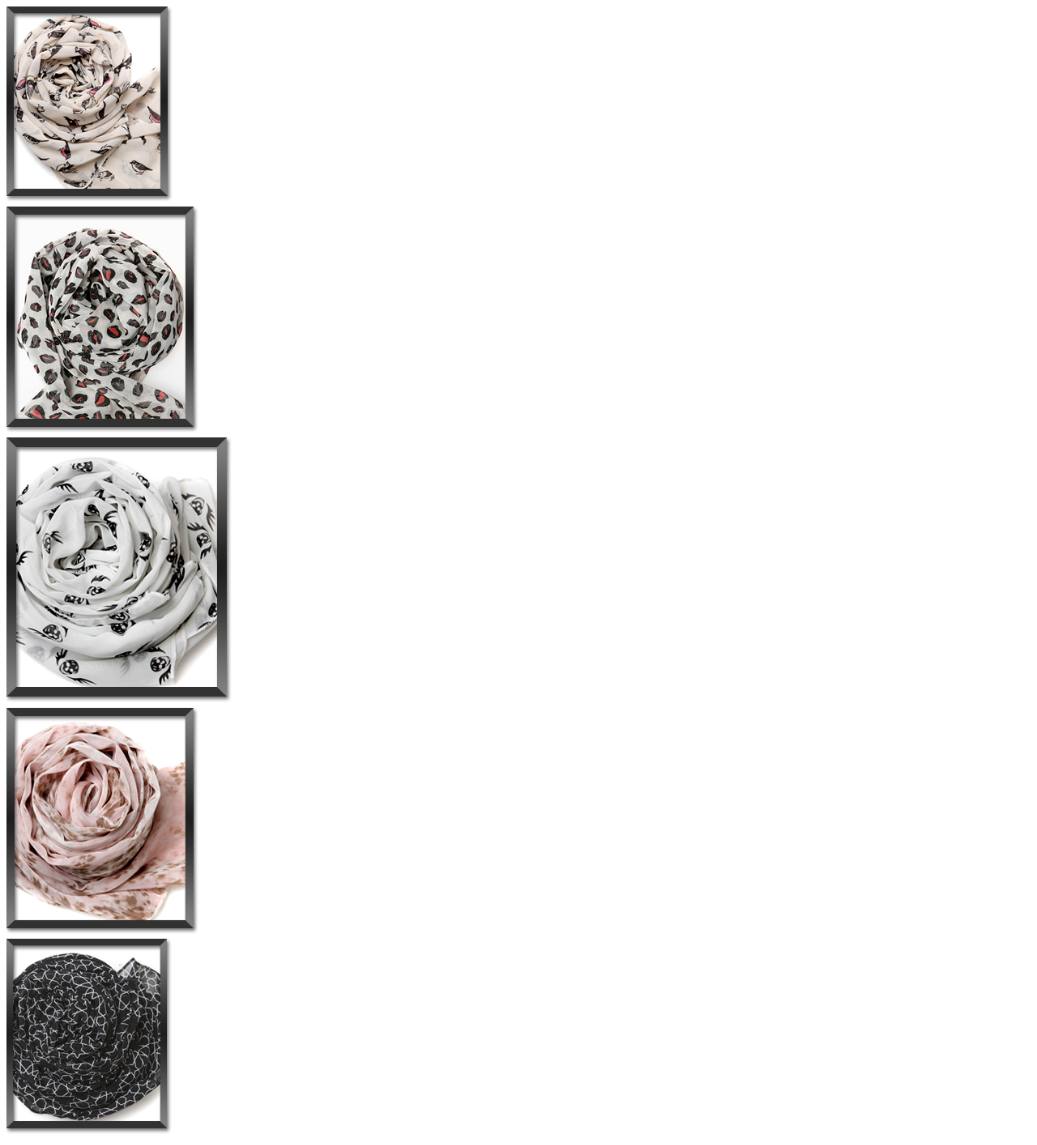
Repository: dudadab/Hhyundaiezwel_Academy
Page: CSS01/src/main/webapp/13_z-index.html
An editor plug-in stored every save of this project. The page is shown before and after the next save, followed by the edit.
The browser window is 1280 px wide. The pictures show the whole page, at 81% of full size.

Above is the page before, as saved 2025-07-02 01:50:21.

### CSS01/src/main/webapp/13_z-index.html
<!DOCTYPE html>
<html>
<head>
<meta charset="UTF-8">
        <title>이미지 레이어</title>
        <style type="text/css">
        #outBox{
			margin:0 auto;
        }
        #box1{

            left:25px;
            top:181px;


        }
        #box2{

            left:187px;
            top:155px;

        }
       #box3{

            left:369px;
            top:129px;

        }
        #box4{

            left:603px;
            top:155px;

        }
        #box5{

            left:795px;
            top:181px;

        }
		</style>
    </head>

   <body>
   	<div id="outBox">
        <div id="box1"><img src="/image/image/img1.png"></div>
        <div id="box2"><img src="/image/image/img2.png"></div>
        <div id="box3"><img src="/image/image/img3.png"></div>
        <div id="box4"><img src="/image/image/img4.png"></div>
        <div id="box5"><img src="/image/image/img5.png"></div>
  	 </div>
	</body>
</html>

After the next save:
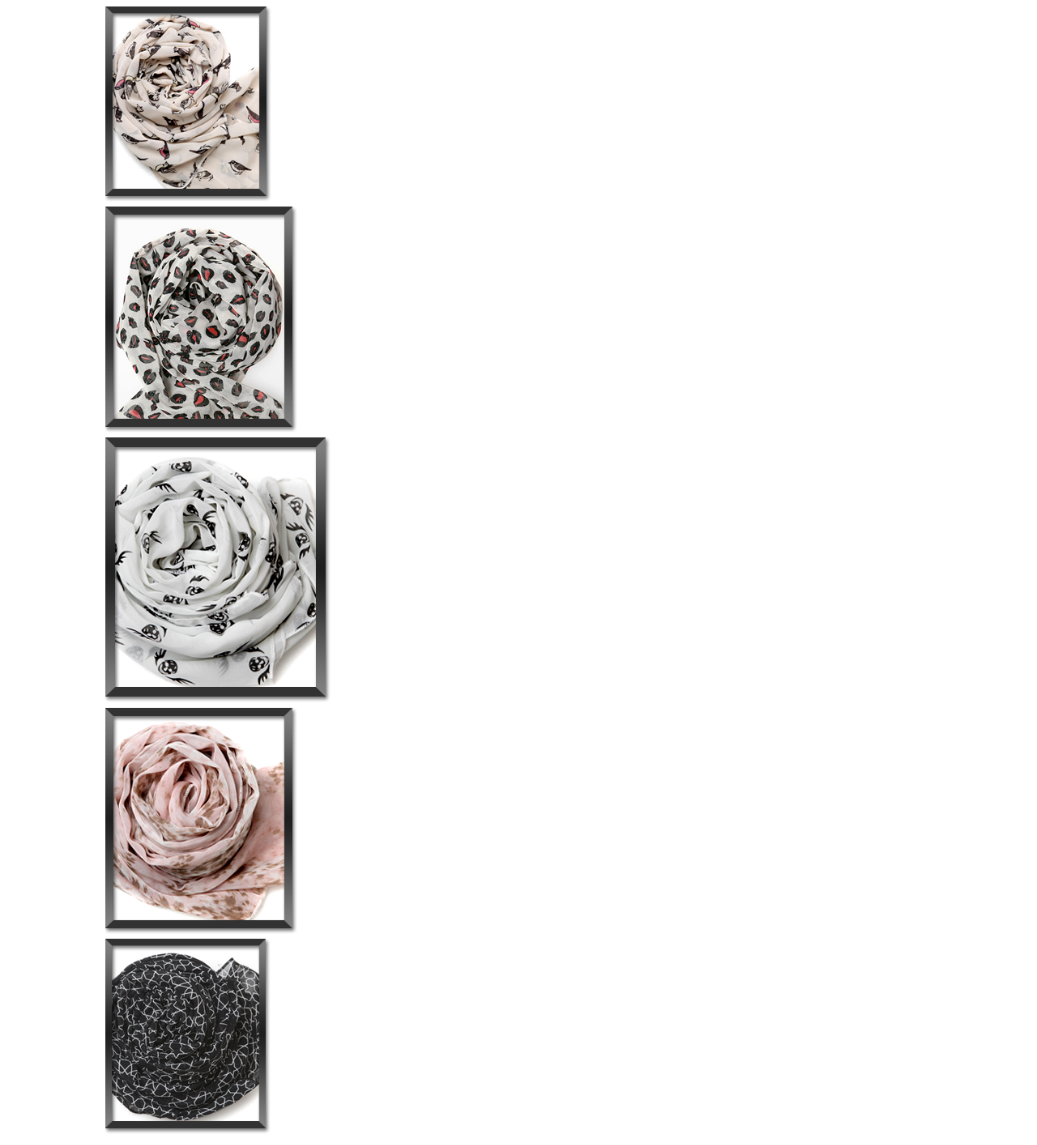
Saved 52 s later.
--- a/CSS01/src/main/webapp/13_z-index.html
+++ b/CSS01/src/main/webapp/13_z-index.html
@@ -6,6 +6,8 @@
         <style type="text/css">
         #outBox{
 			margin:0 auto;
+			width:1020px;
+			position:relative;
         }
         #box1{
 
